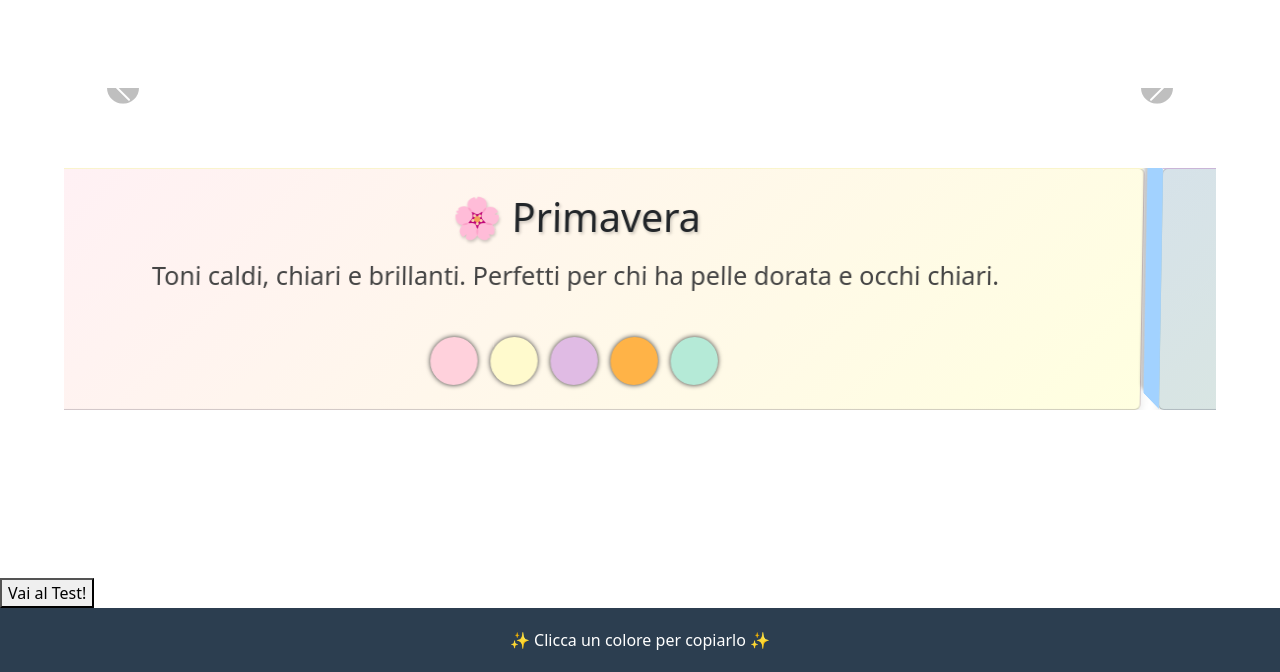
Repository: Probyte5D/Armocromia-website
Page: index.html
An editor plug-in stored every save of this project. The page is shown before and after the next save, followed by the edit.
The browser window is 1280 px wide. The pictures show the part of the page from y = 432 to 1104 px (the page is 1104 px tall).

Above is the page before, as saved 2025-04-18 02:29:54.

After the next save:
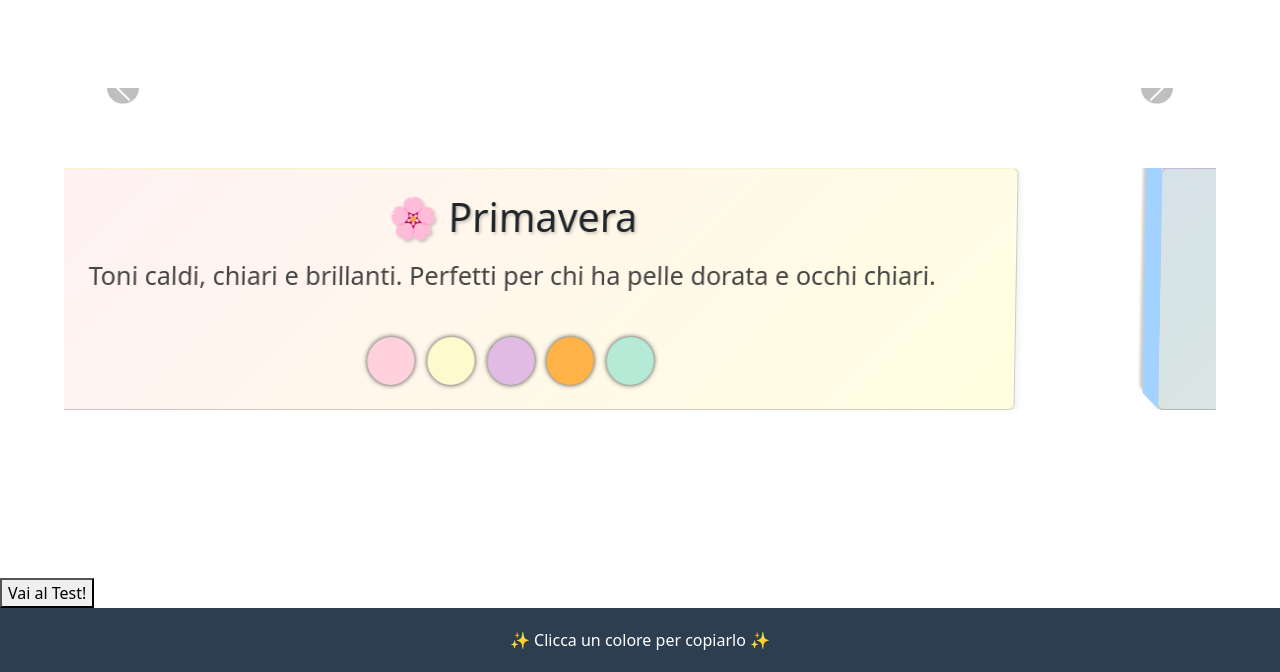
Saved 30 s later.
--- a/style.css
+++ b/style.css
@@ -335,7 +335,7 @@
 }
 
 .card {
-  width: 100%; /* La card si adatta alla larghezza impostata */
+  width: 89%; /* La card si adatta alla larghezza impostata */
   padding: 1.5rem;
   background-color: rgba(255, 255, 255, 0.9);
   border-radius: 1rem;

After the save that followed:
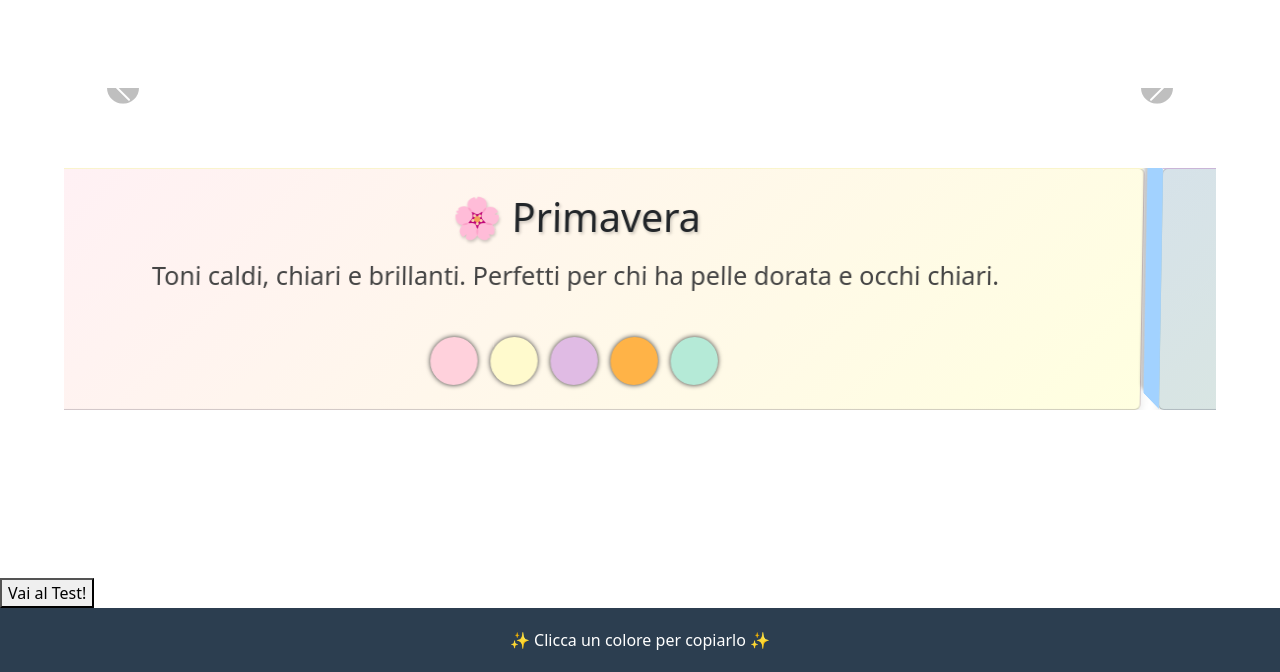
Saved 8 s later.
--- a/style.css
+++ b/style.css
@@ -335,7 +335,7 @@
 }
 
 .card {
-  width: 89%; /* La card si adatta alla larghezza impostata */
+  width: 100%; /* La card si adatta alla larghezza impostata */
   padding: 1.5rem;
   background-color: rgba(255, 255, 255, 0.9);
   border-radius: 1rem;
